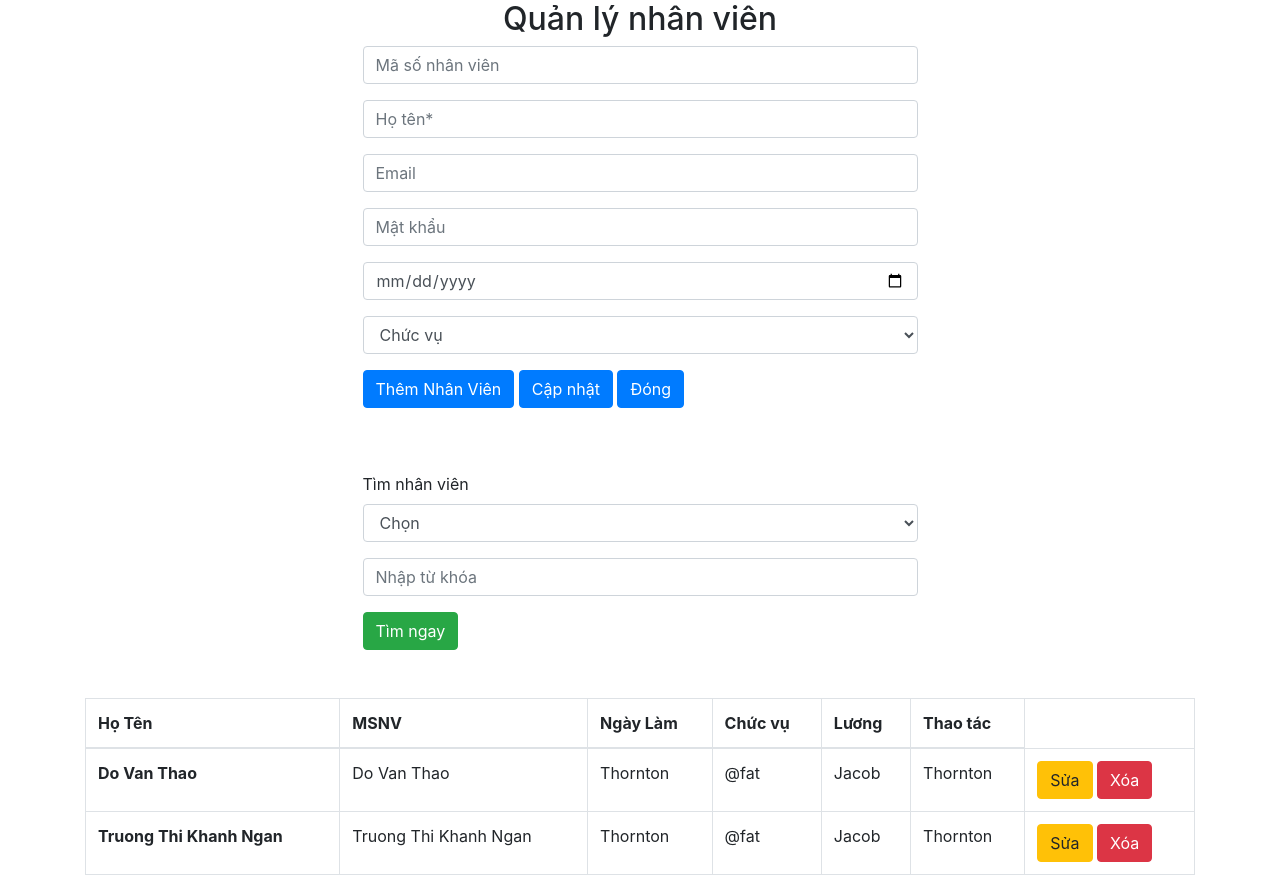
Repository: dovanthao2404/quanlynhanvien
Page: index.html
The author's editor kept a copy of each file at every save. The page is drawn from the files as they stood at one save, then again after the next save.
The browser window is 1280 px wide. The pictures show the whole page.

Above is the page before, as saved 2021-06-30 00:56:33.

After the next save:
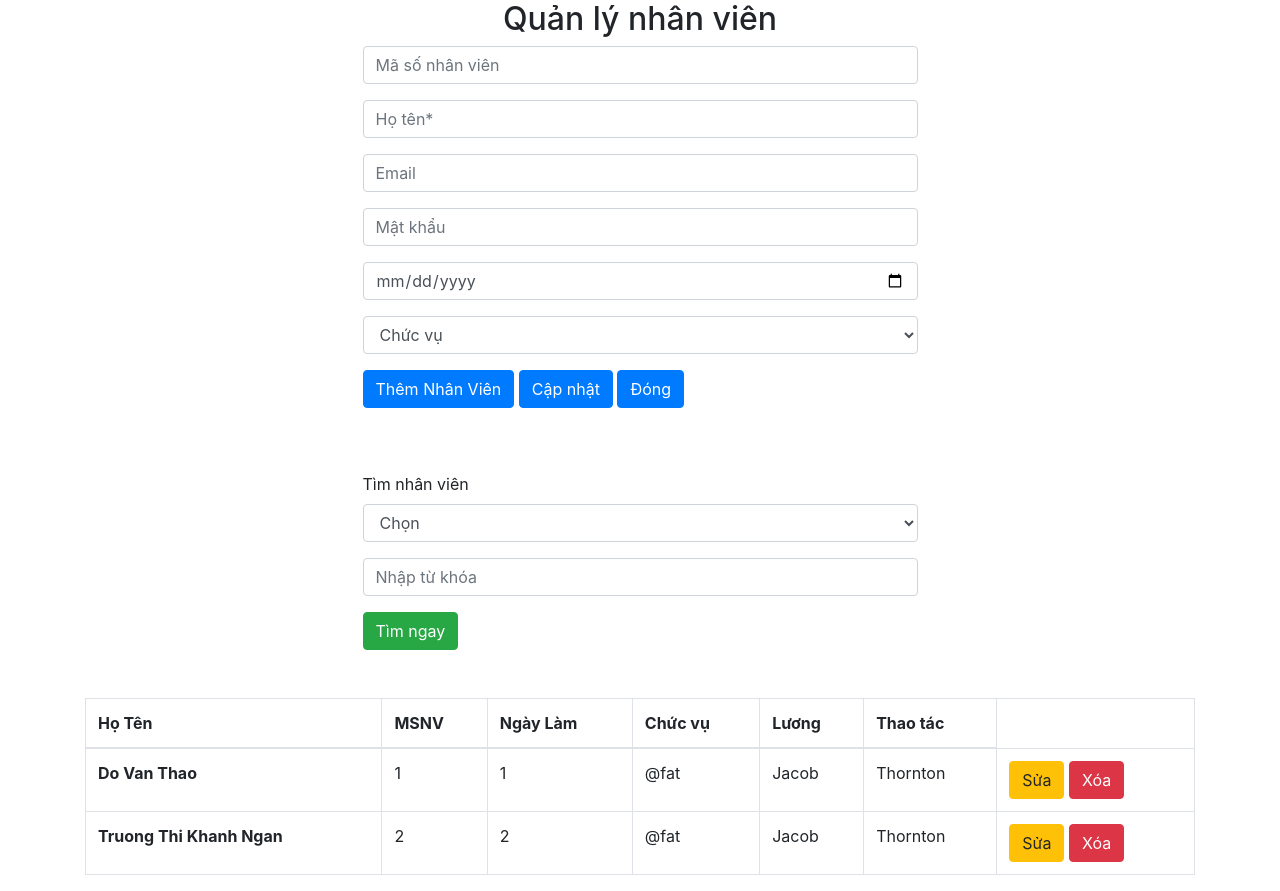
Saved 21 s later.
--- a/js/main.js
+++ b/js/main.js
@@ -69,8 +69,8 @@ function HienThiDanhSach(dsnv) {
   for (let i = 0; i < soNV; i++) {
     htmls += `<tr>
           <th scope="row">${dsnv[i].hoTen}</th>
-          <td>${dsnv[i].hoTen}</td>
-          <td>Thornton</td>
+          <td>${dsnv[i].maNV}</td>
+          <td>${dsnv[i].maNV}</td>
           <td>@fat</td>
           <td>Jacob</td>
           <td>Thornton</td>
